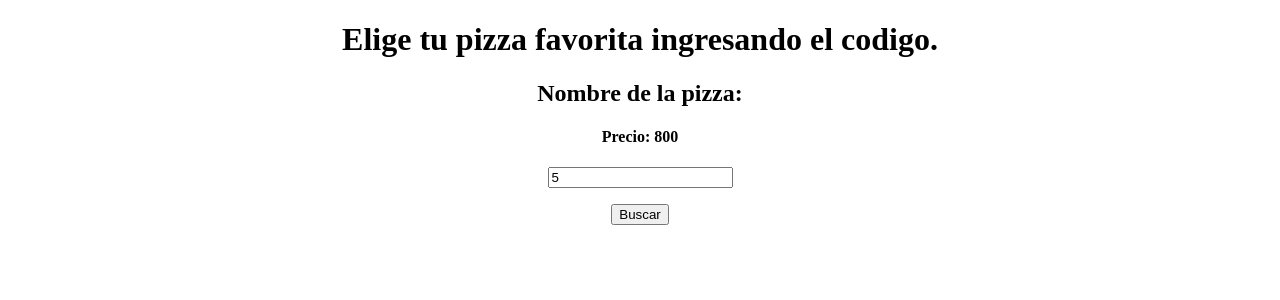
Repository: lucas-itup/E1-JAVASCRIPT
Page: index.html
The author's editor kept a copy of each file at every save. The page is drawn from the files as they stood at one save, then again after the next save.
The browser window is 1280 px wide. The pictures show the whole page.
Empty fields were first filled with sample values (such as "Sample", 5 or name@example.com).
After loading, the first visible `button` was clicked once.

Above is the page before, as saved 2022-09-11 20:56:57.

### index.html
<!DOCTYPE html>
<html lang="en">

<head>
    <meta charset="UTF-8">
    <meta http-equiv="X-UA-Compatible" content="IE=edge">
    <meta name="viewport" content="width=device-width, initial-scale=1.0">

    <title>E1-JAVASCRIPT</title>
</head>

<body>
    <div id="listado-pizzas" style="text-align: center;">
        <div>
            <h1>Elige tu pizza favorita ingresando el codigo.</h1>

            <h2>Nombre de la pizza: <span id="nombre-pizza"> </span></h2>
            <h4>Precio: <span id="precio-pizza"></span></h4>
        </div>
        <div>
            <input type="number" value="" id="value-id">
            <p id="input-vacio"> </p>
            <button onclick="buscarPizza()" type="button">Buscar</button>
        </div>
    </div>
    <script src="/assets/index.js"></script>
</body>

</html>

### assets/index.js
let pizza1 = {
    id: '1',
    nombre: 'Muzarella',
    ingredientes: [
        'tomate', 'muzarella', 'oregano'
    ],
    precio: '600'
}
let pizza2 = {
    id: '2',
    nombre: 'Napolitana',
    ingredientes: [
        'jamon', 'huevo', 'queso'
    ],
    precio: '300'
}
let pizza3 = {
    id: '3',
    nombre: 'Americana',
    ingredientes: [
        'huevoFrito', 'peperoni', 'roquefort'
    ],
    precio: '200'
}
let pizza4 = {
    id: '4',
    nombre: 'Rucula',
    ingredientes: [
        'verduras', 'palmito', 'especias'
    ],
    precio: '500'
}
let pizza5 = {
    id: '5',
    nombre: 'Especial',
    ingredientes: [
        'salsa', 'harina', 'crema'
    ],
    precio: '800'
}
let pizza6 = {
    id: '6',
    nombre: 'DE_LA_CASA',
    ingredientes: [
        'anchoas', 'pimientos', 'hongos'
    ],
    precio: '900'
}

let pizzas = [pizza1, pizza2, pizza3, pizza4, pizza5, pizza6]
let listado = document.getElementById('listado-pizzas');

const buscarPizza = () => {
    let valueid = document.getElementById('value-id').value;
    var precioPizza = document.getElementById('precio-pizza');
    var inputVacio = document.getElementById('input-vacio')
    inputVacio.textContent = "";

    validarInputBlanco(valueid, inputVacio)

    var found = pizzas.find(function(post, index) {
        console.log(post.id);
        console.log(valueid)
        if (post.id == valueid) precioPizza.textContent = post.precio;

    });
}

const validarInputBlanco = (valueid, inputVacio, post) => {
    if (valueid == "") return inputVacio.textContent = "Debes ingresar un valor numerico"
}

After the next save:
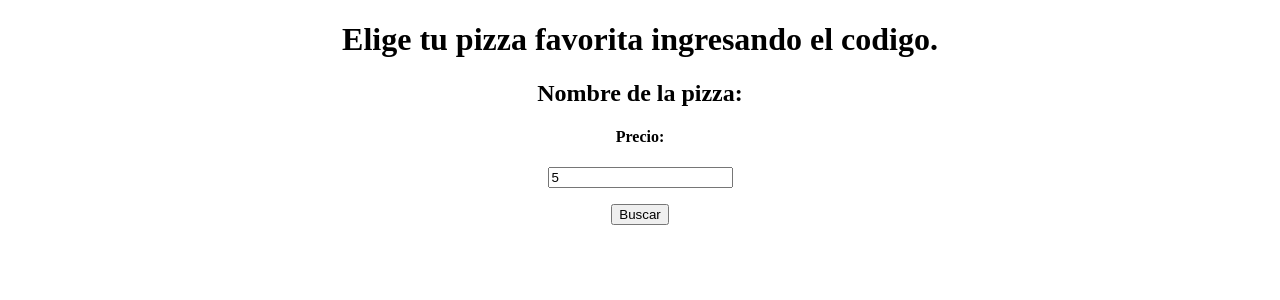
Saved 4 min 31 s later.
--- a/assets/index.js
+++ b/assets/index.js
@@ -61,9 +61,11 @@ const buscarPizza = () => {
     var found = pizzas.find(function(post, index) {
         console.log(post.id);
         console.log(valueid)
-        if (post.id == valueid) precioPizza.textContent = post.precio;
+        if (post.id == valueid) return true;
 
     });
+
+    if (found == true) inputVacio.textContent = "El id no existe"
 }
 
 const validarInputBlanco = (valueid, inputVacio, post) => {
